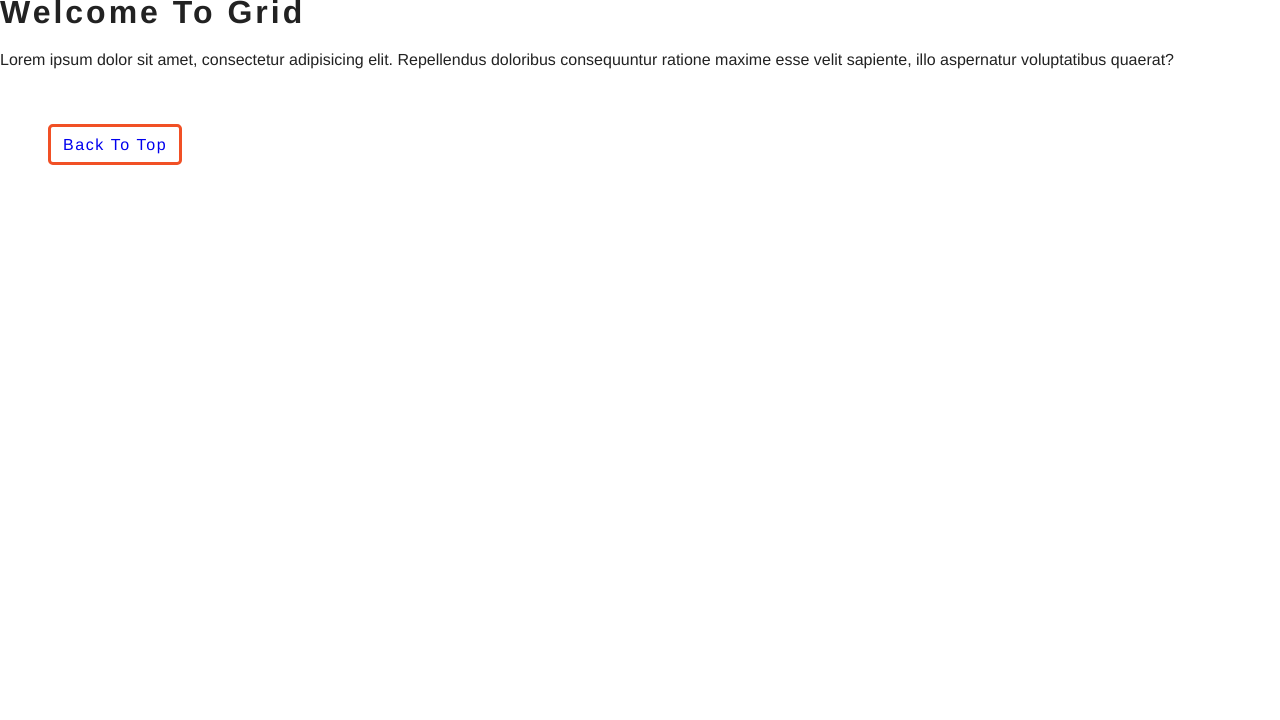
Repository: Ndifoinhilary/css_grid
Page: css-grid-learn/hero.html
An editor plug-in stored every save of this project. The page is shown before and after the next save, followed by the edit.
The browser window is 1280 px wide. The pictures show the whole page.

Above is the page before, as saved 2024-01-28 16:53:07.

After the next save:
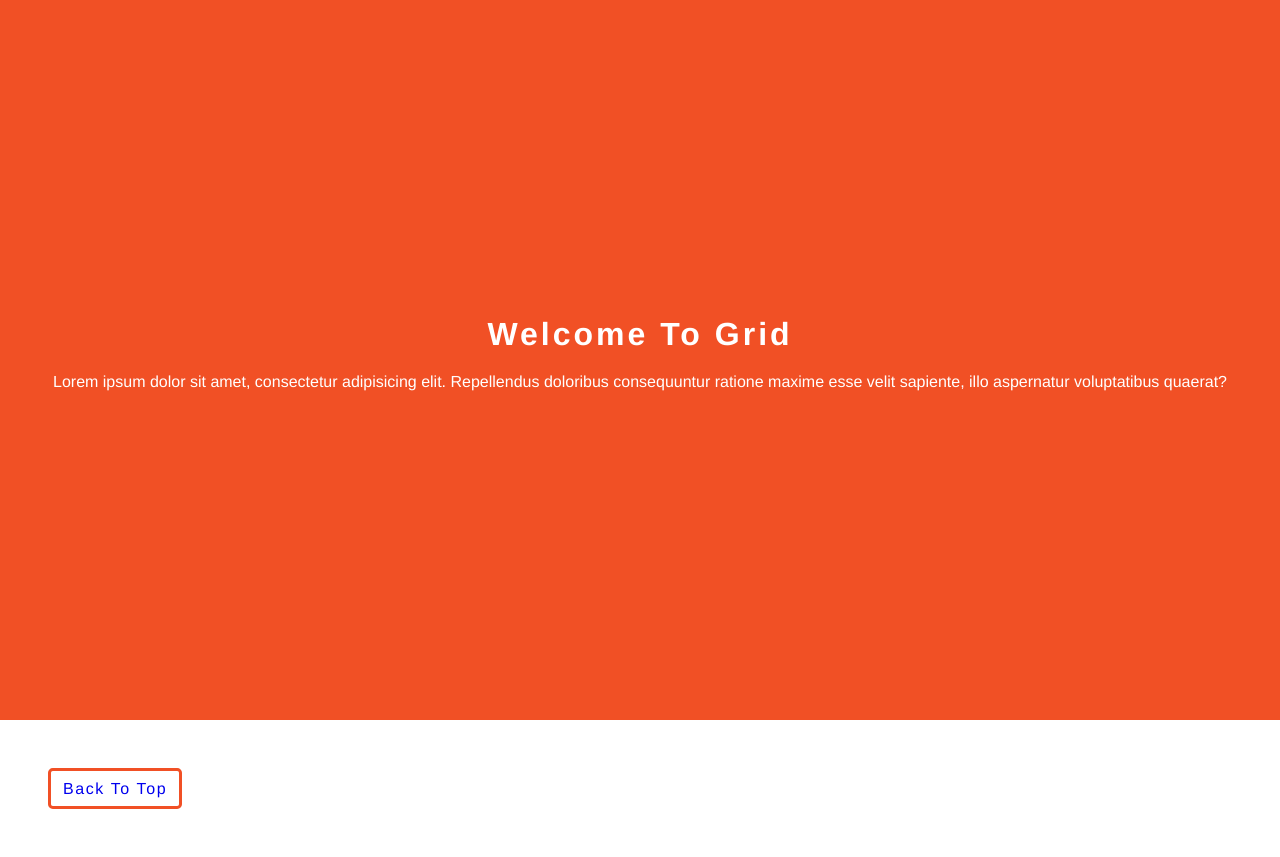
Saved 11 min 18 s later.
--- a/css-grid-learn/main.css
+++ b/css-grid-learn/main.css
@@ -137,3 +137,18 @@ navbar css here
 hero css here
 ==============
  */
+
+
+ .hero-header{
+    min-height: 100vh;
+    background: var(--primaryColor);
+    color: var(--mainWhite);
+    display: grid;
+    justify-content: center;
+    align-items: center;
+ }
+
+ .hero-banner{
+    text-align: center;
+
+ }
